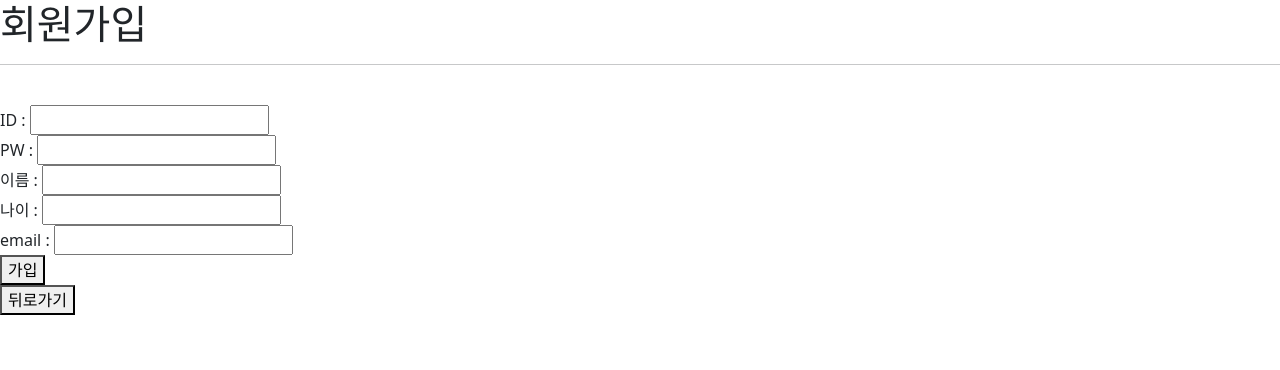
Repository: yangone8249/jsp_project
Page: http://localhost/yang_project/member/MemberCreate.jsp
An editor plug-in stored every save of this project. The page is shown before and after the next save, followed by the edit.
The browser window is 1280 px wide. The pictures show the whole page.
The page is served by Tomcat 9. Other server files are loaded and not shown.

Above is the page before, as saved 2023-06-01 01:51:44.

### yang_project/yang_project/src/main/webapp/member/MemberCreate.jsp
<%@ page language="java" contentType="text/html; charset=UTF-8"
    pageEncoding="UTF-8"%>
<!DOCTYPE html>
<html>
<head>
<meta charset="UTF-8">
<title>회원가입</title>
</head>
<link href="https://cdn.jsdelivr.net/npm/bootstrap@5.2.3/dist/css/bootstrap.min.css" rel="stylesheet" integrity="sha384-rbsA2VBKQhggwzxH7pPCaAqO46MgnOM80zW1RWuH61DGLwZJEdK2Kadq2F9CUG65" crossorigin="anonymous">
<script src="https://cdn.jsdelivr.net/npm/bootstrap@5.2.3/dist/js/bootstrap.bundle.min.js" integrity="sha384-kenU1KFdBIe4zVF0s0G1M5b4hcpxyD9F7jL+jjXkk+Q2h455rYXK/7HAuoJl+0I4" crossorigin="anonymous"></script>

<body>
	<h1>회원가입</h1>
		<hr><br>
	<form action="/mem/insert" method="post">
	ID : <input type="text" name="id"/><br>
	PW : <input type="password" name="password"/><br>
	이름 : <input type="text" name="name"/><br>
	나이 : <input type="text" name="age"/><br>
	email : <input type="email" name="email"/><br>
	<button type="submit">가입</button>
	</form>
	<a href="/"><button type="button">뒤로가기</button></a>
</body>
</html>

After the next save:
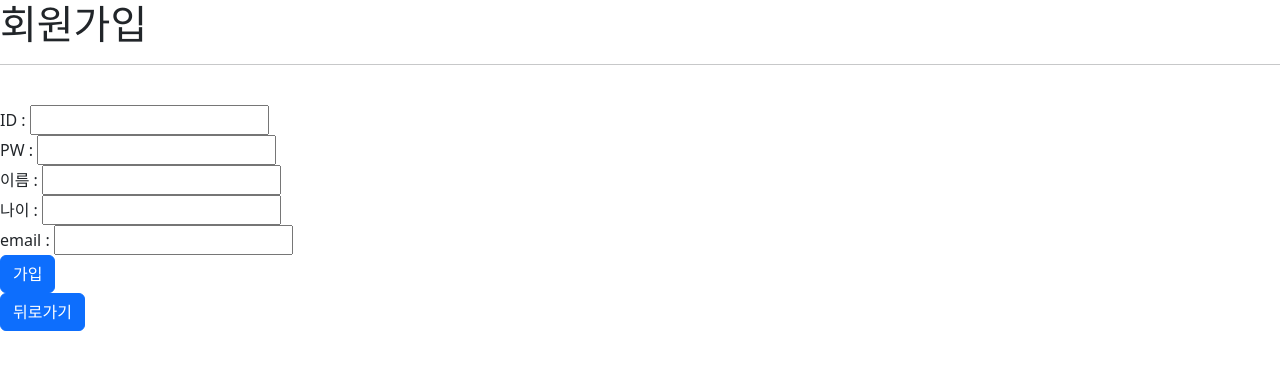
Saved 6 s later.
--- a/yang_project/yang_project/src/main/webapp/member/MemberCreate.jsp
+++ b/yang_project/yang_project/src/main/webapp/member/MemberCreate.jsp
@@ -18,8 +18,8 @@
 	이름 : <input type="text" name="name"/><br>
 	나이 : <input type="text" name="age"/><br>
 	email : <input type="email" name="email"/><br>
-	<button type="submit">가입</button>
+	<button type="submit" class="btn btn-primary">가입</button>
 	</form>
-	<a href="/"><button type="button">뒤로가기</button></a>
+	<a href="/"><button type="button" class="btn btn-primary">뒤로가기</button></a>
 </body>
 </html>
